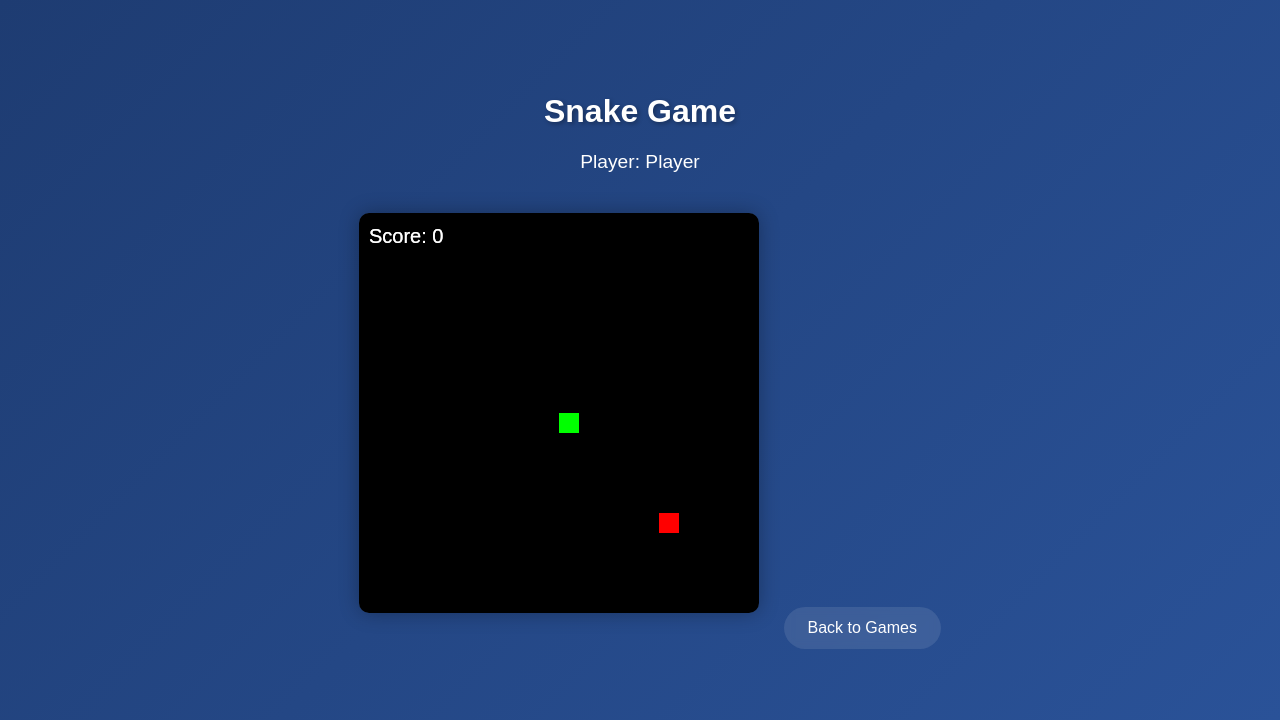
Repository: daBatmanCoder/game_portal_ai
Page: games/snake/snake.html
The author's editor kept a copy of each file at every save. The page is drawn from the files as they stood at one save, then again after the next save.
The browser window is 1280 px wide. The pictures show the whole page.

Above is the page before, as saved 2024-11-22 15:58:50.

After the next save:
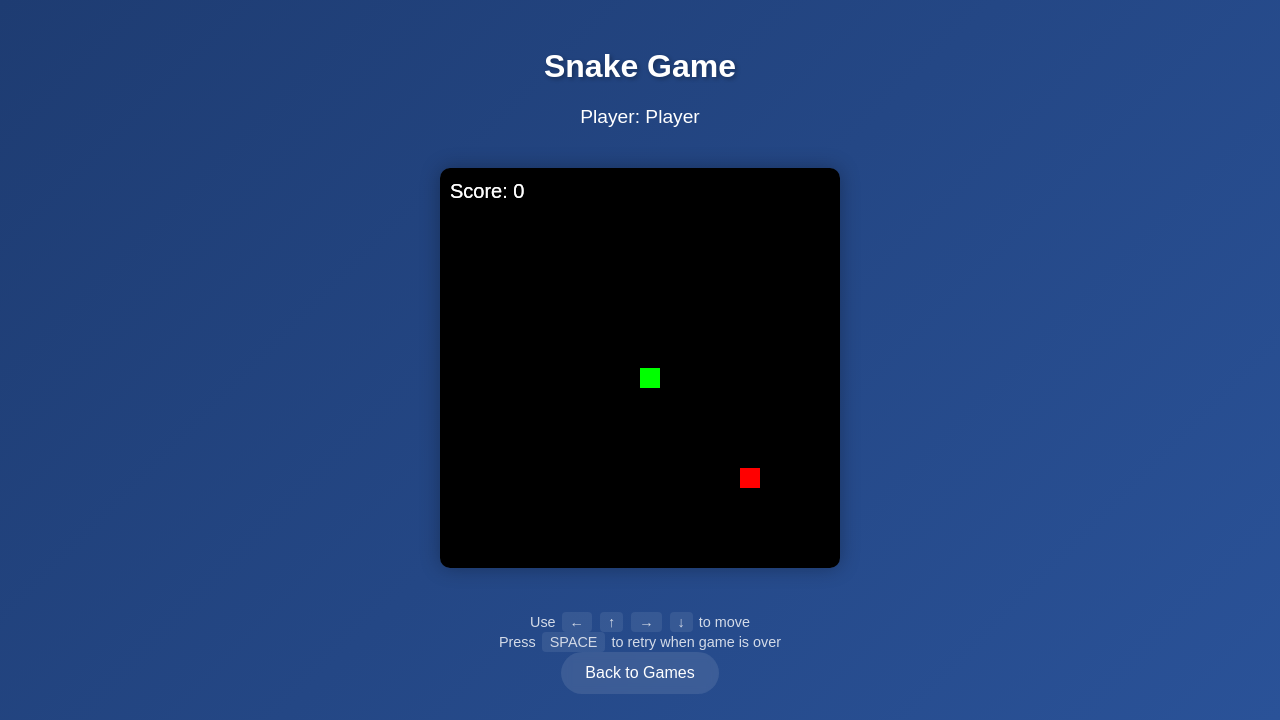
Saved 5 s later.
--- a/games/snake/snake.html
+++ b/games/snake/snake.html
@@ -53,6 +53,20 @@
             margin-bottom: 20px;
             font-size: 1.2rem;
         }
+
+        .instructions {
+            margin-top: 20px;
+            font-size: 0.9rem;
+            opacity: 0.8;
+        }
+
+        .key {
+            display: inline-block;
+            padding: 2px 8px;
+            background: rgba(255, 255, 255, 0.1);
+            border-radius: 4px;
+            margin: 0 2px;
+        }
     </style>
 </head>
 <body>
@@ -60,6 +74,11 @@
         <h1>Snake Game</h1>
         <div class="player-info">Player: <span id="playerName"></span></div>
         <canvas id="gameCanvas"></canvas>
+        <div class="instructions">
+            Use <span class="key">←</span> <span class="key">↑</span> <span class="key">→</span> <span class="key">↓</span> to move
+            <br>
+            Press <span class="key">SPACE</span> to retry when game is over
+        </div>
         <button class="back-button" onclick="backToMain()">Back to Games</button>
     </div>
     <script src="snake.js"></script>
